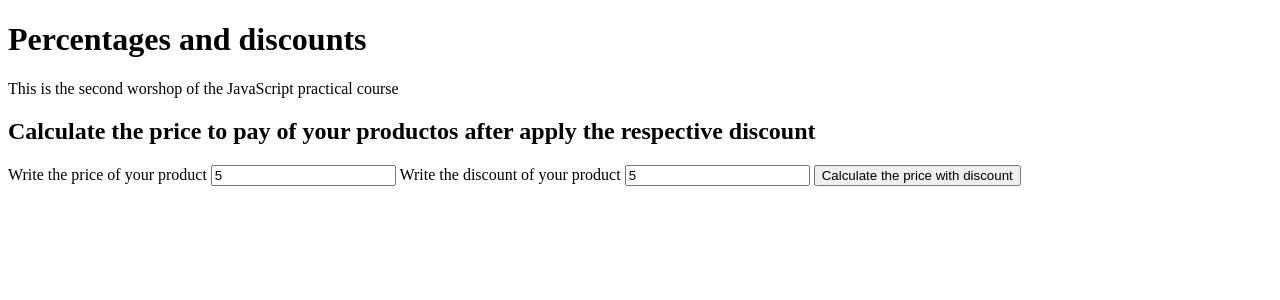
Repository: jangabe/curso-practico-javascript
Page: discounts.html
The author's editor kept a copy of each file at every save. The page is drawn from the files as they stood at one save, then again after the next save.
The browser window is 1280 px wide. The pictures show the whole page.
Empty fields were first filled with sample values (such as "Sample", 5 or name@example.com).
After loading, the first visible `button` was clicked once.

Above is the page before, as saved 2022-06-15 18:46:24.
Console error: TypeError: document.getElementById(...).innerText is not a function

### discounts.html
<!DOCTYPE html>
<html lang="en">
<head>
    <meta charset="UTF-8">
    <meta name="viewport" content="width=device-width, initial-scale=1.0">
    <title>Percentages and discounts</title>
</head>
<body>
    <header>
        <h1>Percentages and discounts</h1>
        <p>This is the second worshop of the JavaScript practical course</p>
    </header>

    <section>
        <h2>Calculate the price to pay of your productos after apply the respective discount</h2>

        <form action="">
            <label for="InputPrice">Write the price of your product</label>
            <input id="InputPrice" type="number">

            <label for="InputDiscount">Write the discount of your product</label>
            <input id="InputDiscount" type="number">

            <button type="button" onclick="CalculateDiscount()">Calculate the price with discount</button>

            <p id="ResultPrice"></p>
        </form>
    </section>
    <script src="./discounts.js"></script>
</body>
</html>

### discounts.js
/* const originalPrice = 120;
const discount = 18;
const percentagePriceWithDiscount = 100 - discount;
const priceWithDiscount = (originalPrice *  percentagePriceWithDiscount) / 100;*/

function calculatePriceWithDiscount(price, discount){
    const percentagePriceWithDiscount = 100 - discount;
    const priceWithDiscount = (price *  percentagePriceWithDiscount) / 100;
    return priceWithDiscount;
}

function CalculateDiscount(){
    const InputPrice = document.getElementById("InputPrice").value;
    const InputDiscount = document.getElementById("InputDiscount").value;
    const Result = calculatePriceWithDiscount(InputPrice, InputDiscount);
    document.getElementById("ResultPrice").innerText("The price with discount is $"+Result);
}

After the next save:
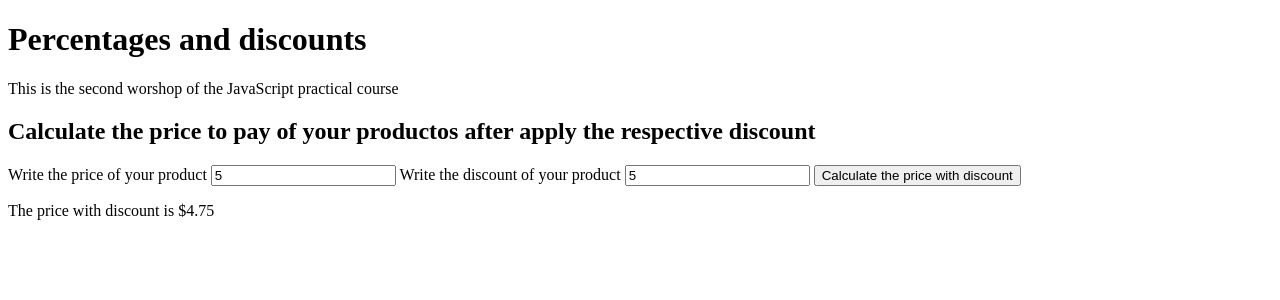
The error is gone.
Saved 48 s later.
--- a/discounts.js
+++ b/discounts.js
@@ -13,5 +13,5 @@ function CalculateDiscount(){
     const InputPrice = document.getElementById("InputPrice").value;
     const InputDiscount = document.getElementById("InputDiscount").value;
     const Result = calculatePriceWithDiscount(InputPrice, InputDiscount);
-    document.getElementById("ResultPrice").innerText("The price with discount is $"+Result);
+    document.getElementById("ResultPrice").innerText = "The price with discount is $"+Result;
 }
